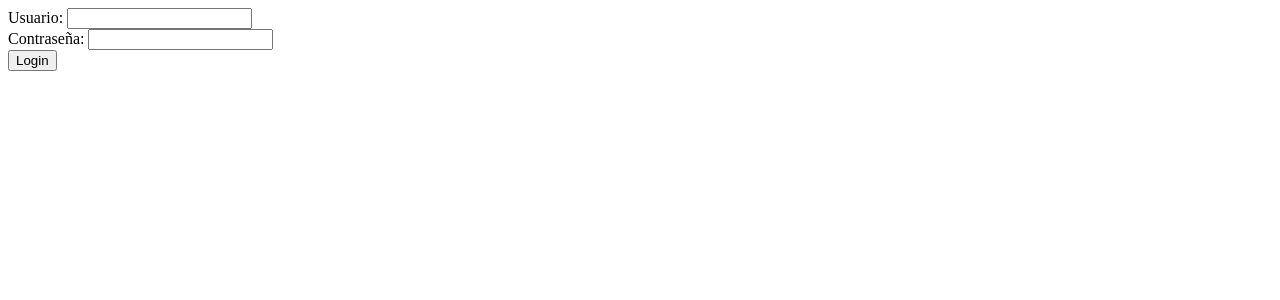
Repository: dasafo/PHP_MySQL_curso
Page: http://localhost/FormularioLogin_28_I.php
These files come from the project's save history. The page is drawn as it stood at one moment and after the next save; the edit follows.
The browser window is 1280 px wide. The pictures show the whole page.
The page is run by PHP 8.4 with error messages shown; the project is at /var/www/html/.

Above is the page before, as saved 2018-11-07 19:27:13.

### BBDD/FormularioLogin_28_I.php
<!DOCTYPE HTML PUBLIC "-//W3C//DTD HTML 4.01 Frameset//EN">
<html>
<head>
<meta http-equiv="Content-Type" content="text/html; charset=UTF-8">
<title>Insert title here</title>
</head>
    <body>

     <form action="PaginaDatos_28_III.php" method="get">

     <label>Usuario: <input type="text" name="usu"> </label><br>
     <label>Contraseña: <input type="text" name="con"> </label><br>

     <input type="submit" name="enviando" value="Login">

     </form>

    </body>

</html>

After the next save:
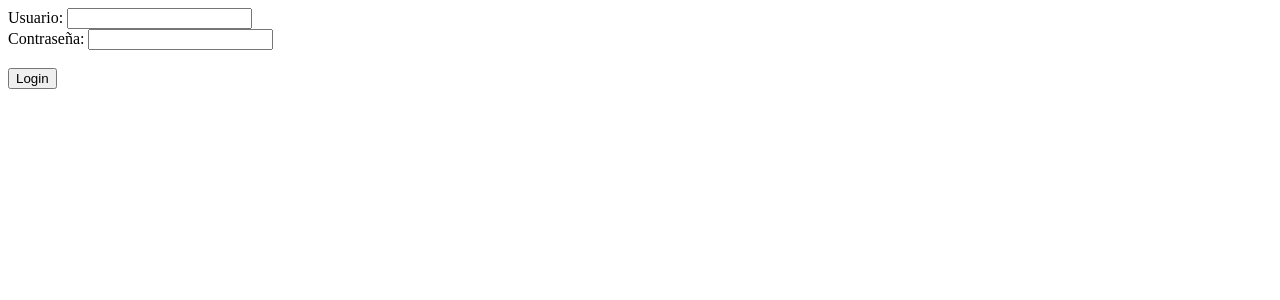
Saved 22 s later.
--- a/BBDD/FormularioLogin_28_I.php
+++ b/BBDD/FormularioLogin_28_I.php
@@ -11,7 +11,7 @@
      <label>Usuario: <input type="text" name="usu"> </label><br>
      <label>Contraseña: <input type="text" name="con"> </label><br>
 
-     <input type="submit" name="enviando" value="Login">
+     <br><input type="submit" name="enviando" value="Login">
 
      </form>
 
